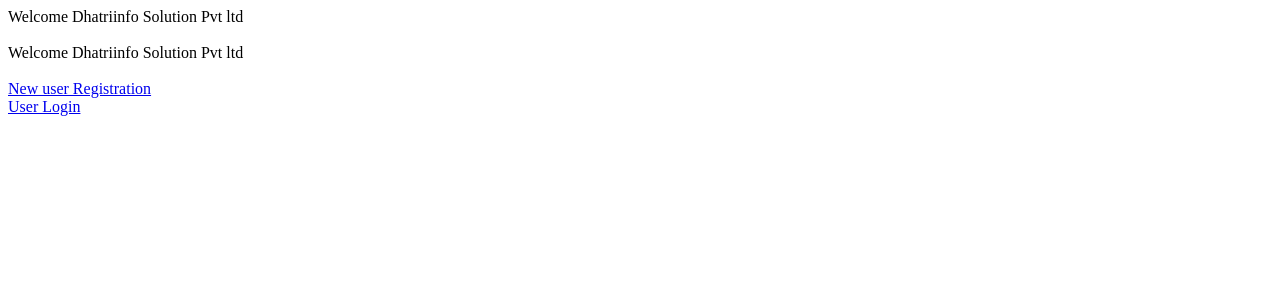
Repository: AbubakarShaik/Java_J2EE_Project
Page: com.testprojectServlet/WebContent/index.html
The author's editor kept a copy of each file at every save. The page is drawn from the files as they stood at one save, then again after the next save.
The browser window is 1280 px wide. The pictures show the whole page.

Above is the page before, as saved 2016-12-22 05:28:51.

### com.testprojectServlet/WebContent/index.html
<!DOCTYPE html>
<html>
<head>
<meta charset="ISO-8859-1">
<title> Welcome Dhatriinfo Solution Pvt ltd</title>
</head>

<body>
<merquee> Welcome Dhatriinfo Solution Pvt ltd </merquee>
<br>
</br>

<merquee> Welcome Dhatriinfo Solution Pvt ltd </merquee>

<br>
</br>

<a href="Registration.jsp"> New user Registration</a><br>
<a href="login.jsp"> <right>User Login</right></a>

</body>
</html>

After the next save:
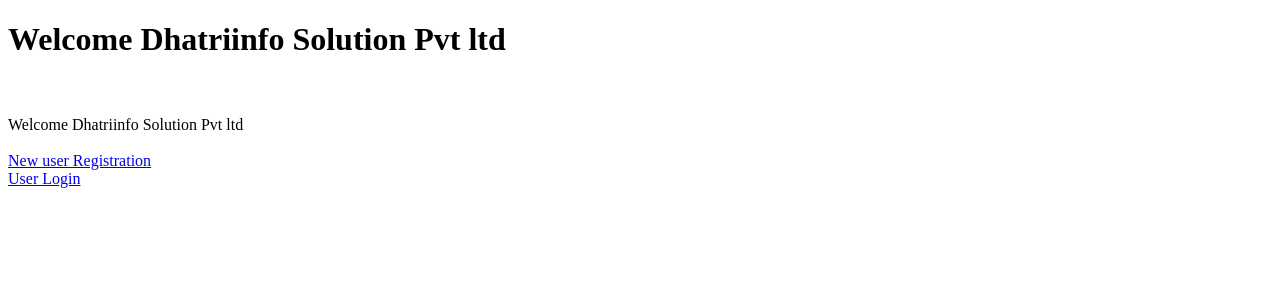
Saved 111 s later.
--- a/com.testprojectServlet/WebContent/index.html
+++ b/com.testprojectServlet/WebContent/index.html
@@ -2,11 +2,11 @@
 <html>
 <head>
 <meta charset="ISO-8859-1">
-<title> Welcome Dhatriinfo Solution Pvt ltd</title>
+
 </head>
 
 <body>
-<merquee> Welcome Dhatriinfo Solution Pvt ltd </merquee>
+<h1>Welcome Dhatriinfo Solution Pvt ltd </h1>
 <br>
 </br>
 
